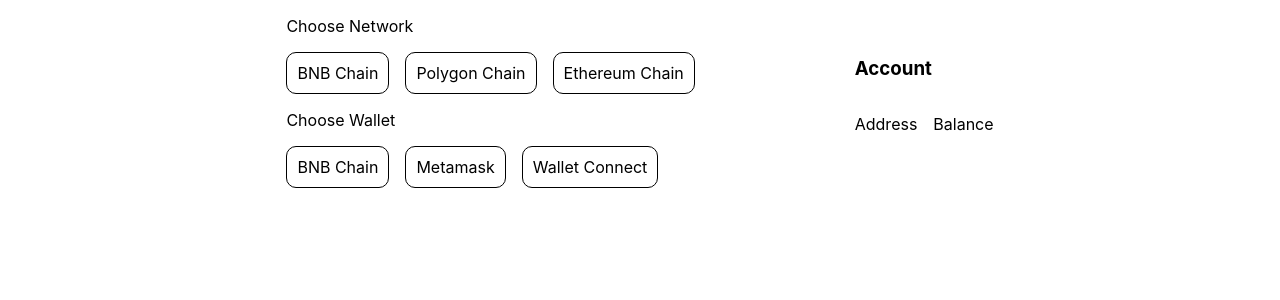
Repository: m-ahmadshaikh/Wallet-Connect
Page: /
An editor plug-in stored every save of this project. The page is shown before and after the next save, followed by the edit.
The browser window is 1280 px wide. The pictures show the whole page.
The project was rebuilt for these pictures with package versions that can differ from the ones it lists, and the page was loaded fresh each time.

Above is the page before, as saved 2023-01-19 18:07:33.

After the next save:
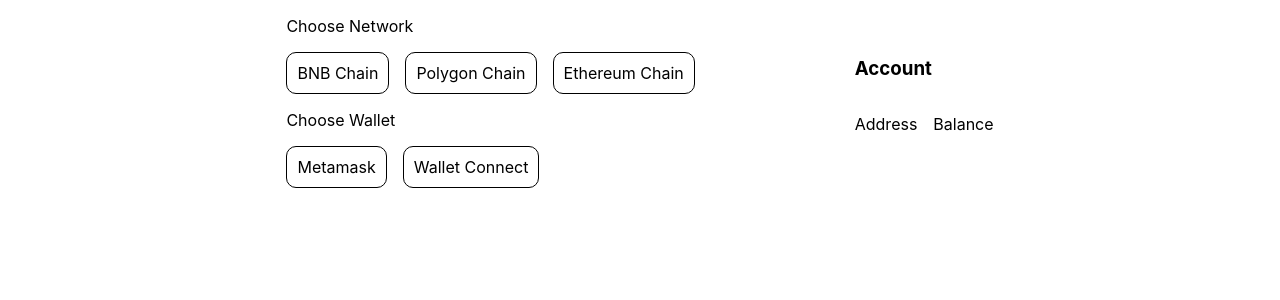
Saved 13 s later.
--- a/src/App.js
+++ b/src/App.js
@@ -17,7 +17,6 @@
 
       <p>Choose Wallet</p>
       <div className='flex'>
-        <Button text={'BNB Chain'} active={selectedWallet === 'bnb'}/>
       <Button text={'Metamask'}  active={selectedWallet === 'metamask'}/>
       <Button text={'Wallet Connect'}  active={selectedWallet === 'bnb'}/>
       </div>
